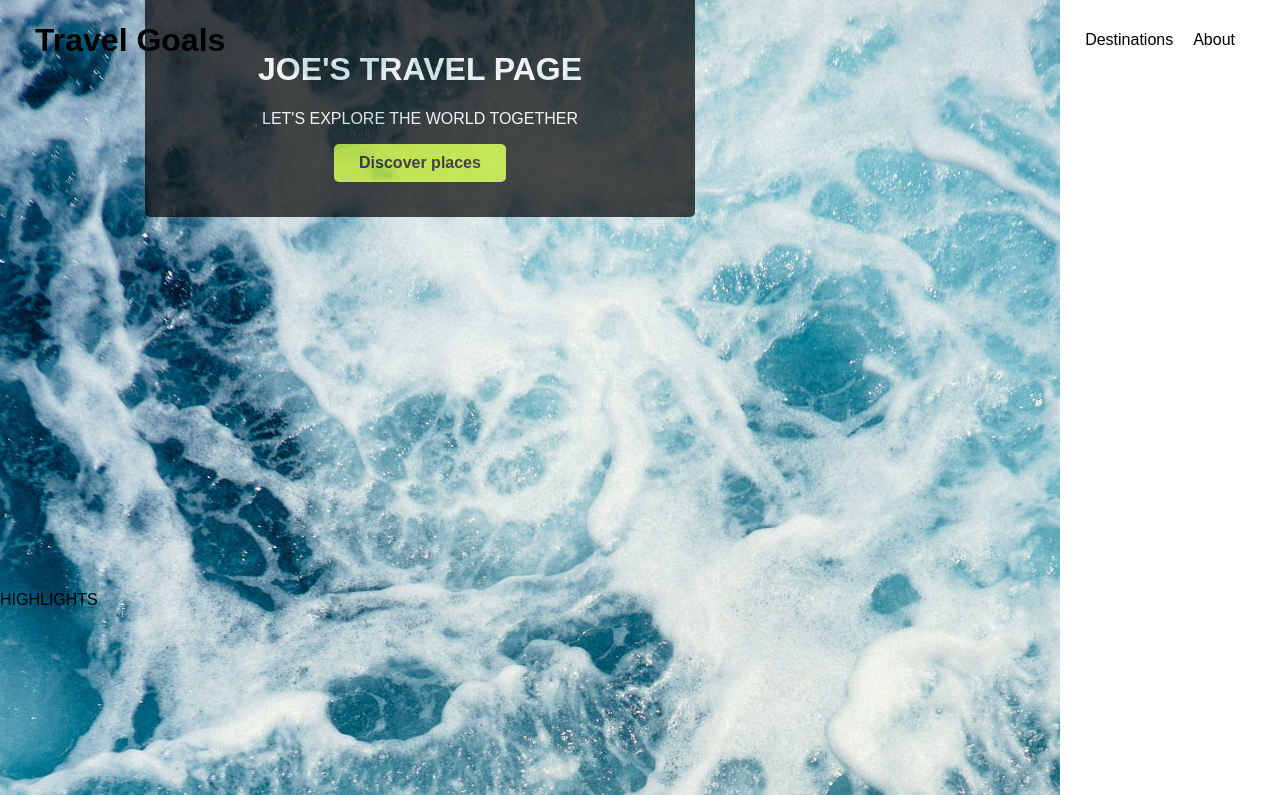
Repository: Harjot00/Wevdev
Page: Travel/index.html
The author's editor kept a copy of each file at every save. The page is drawn from the files as they stood at one save, then again after the next save.
The browser window is 1280 px wide. The pictures show the whole page.

Above is the page before, as saved 2022-05-07 02:54:11.

After the next save:
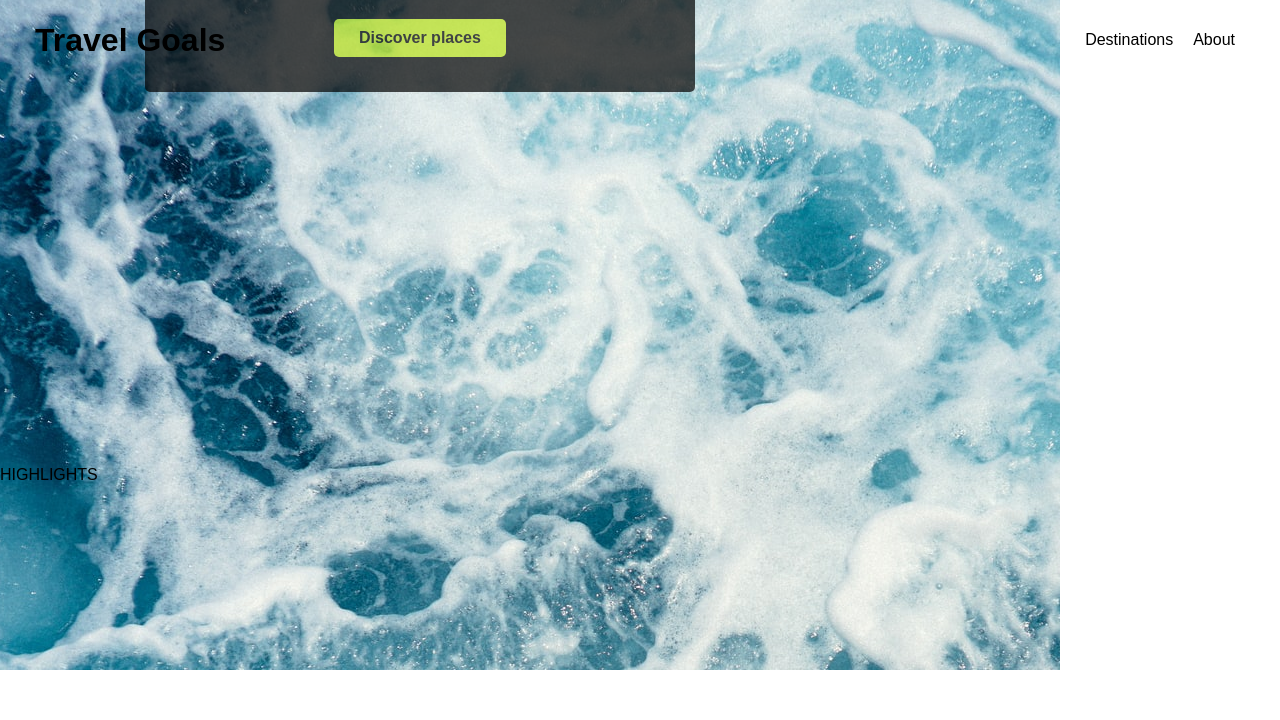
Saved 42 s later.
--- a/Travel/style.css
+++ b/Travel/style.css
@@ -43,7 +43,7 @@ li a{
 #centercontent{
     padding:35px 25px 35px 25px;
     text-align: center;
-    margin:150px auto 250px;
+    margin:0px auto 250px;
     background-color:black ;
     opacity:0.7;
     color:white;

After the save that followed:
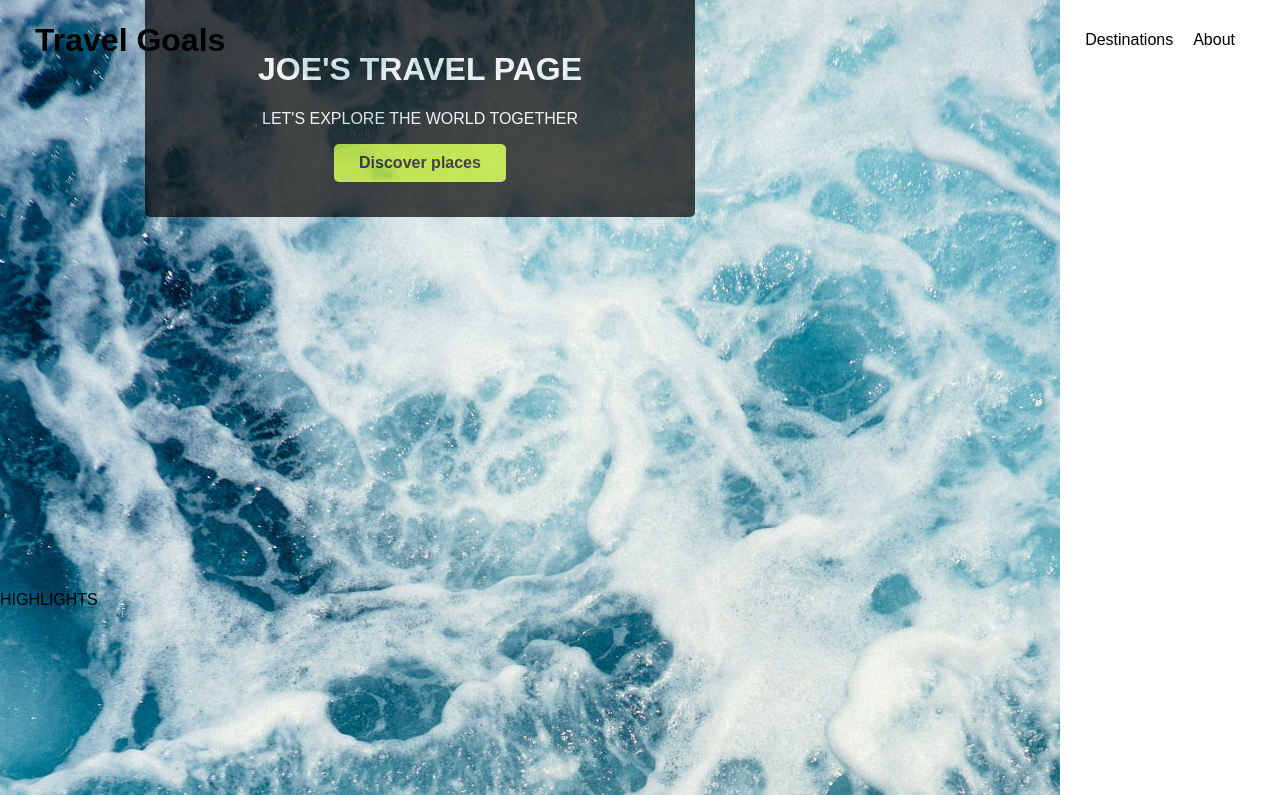
Saved 4 s later.
--- a/Travel/style.css
+++ b/Travel/style.css
@@ -43,7 +43,7 @@ li a{
 #centercontent{
     padding:35px 25px 35px 25px;
     text-align: center;
-    margin:0px auto 250px;
+    margin:150px auto 250px;
     background-color:black ;
     opacity:0.7;
     color:white;
